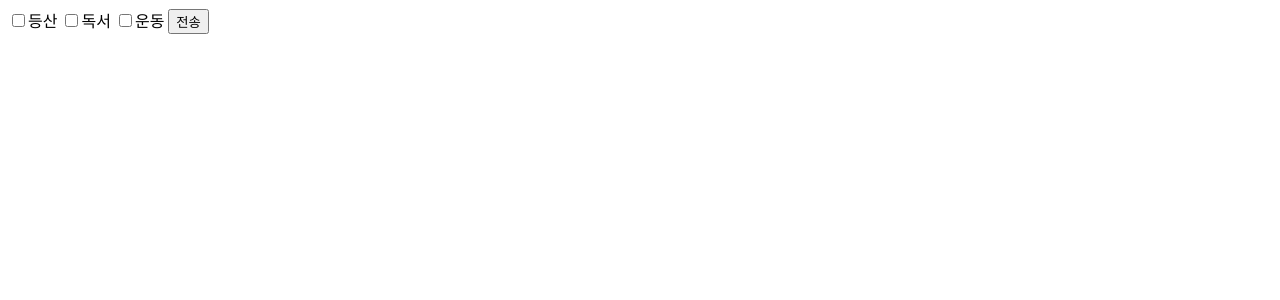
Repository: WonHwiAhn/JAVAClass
Page: 180131_GetParameterValues/WebContent/NewFile.html
An editor plug-in stored every save of this project. The page is shown before and after the next save, followed by the edit.
The browser window is 1280 px wide. The pictures show the whole page.

Above is the page before, as saved 2018-01-31 00:19:33.

After the next save:
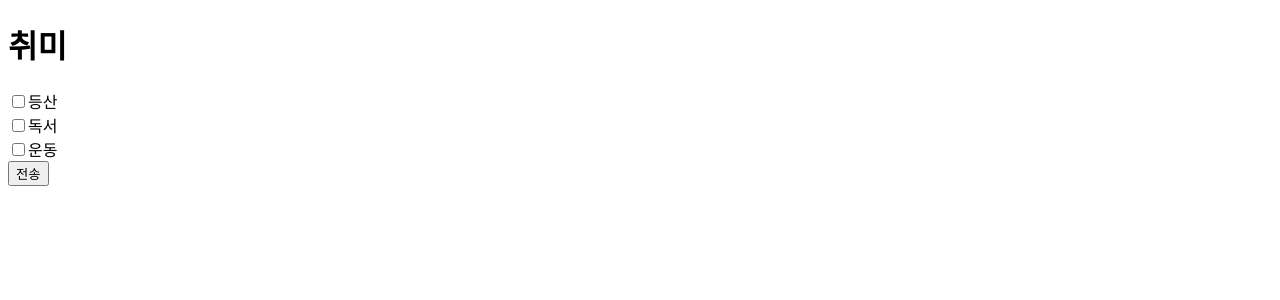
Saved 24 s later.
--- a/180131_GetParameterValues/WebContent/NewFile.html
+++ b/180131_GetParameterValues/WebContent/NewFile.html
@@ -5,9 +5,10 @@
 <title>Insert title here</title>
 </head>
 <body>
-	<input type="checkbox" name="hobby" value="0">등산
-	<input type="checkbox" name="hobby" value="1">독서
-	<input type="checkbox" name="hobby" value="2">운동
+	<h1>취미</h1>
+	<input type="checkbox" name="hobby" value="0">등산<br>
+	<input type="checkbox" name="hobby" value="1">독서<br>
+	<input type="checkbox" name="hobby" value="2">운동<br>
 	<input type="submit" value="전송">
 </body>
 </html>
